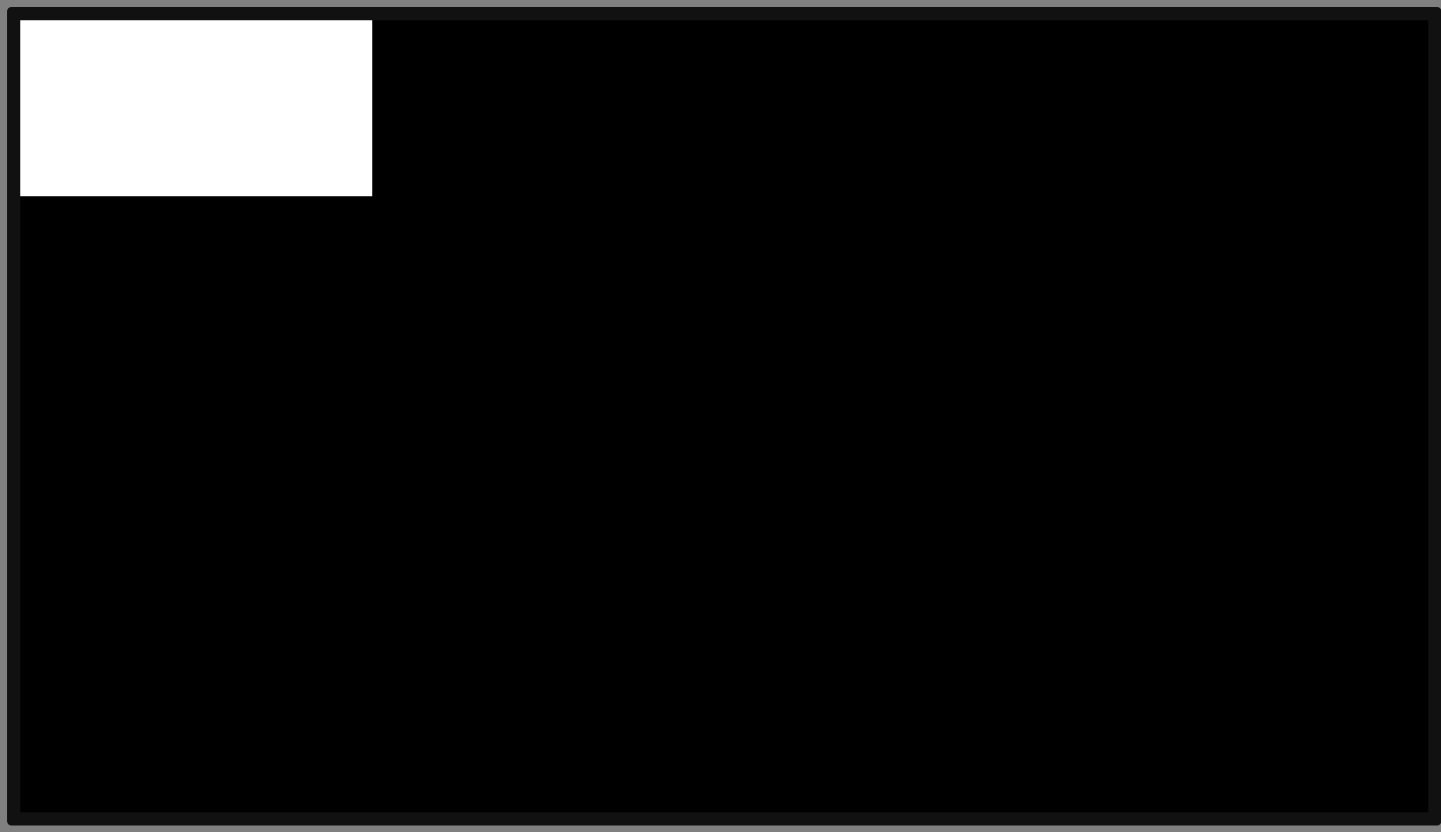
Repository: By698/dvd-logo
Page: index.html
An editor plug-in stored every save of this project. The page is shown before and after the next save, followed by the edit.
The browser window is 1280 px wide. The page is 1638 px wide, so the pictures cover 1638 px, including what lies to the right of the window. The pictures show the whole page, at 88% of full size.

Above is the page before, as saved 2019-03-26 21:29:24.
Console error: SyntaxError: Invalid or unexpected token

### index.html
<!DOCTYPE html>
<html lang="en">
<head>
    <meta charset="UTF-8">
    <meta name="viewport" content="width=device-width, initial-scale=1.0">
    <meta http-equiv="X-UA-Compatible" content="ie=edge">
    <link rel="stylesheet" href="style.css">
    <title>Document</title>
</head>
<body>
    <main id="background">
        <div id="logo"></div>
    </main>
    <script src="main.js"></script>
</body>
</html>

### style.css
body {
    background: gray;
}

#background {
    background-color: black;
    width: 1600px;
    height: 900px;
    margin: auto;
    border: 15px solid #111111;
    border-radius: 5px;
}

#logo {
    width: 400px;
    height: 200px;
    background-color: white;
    position: relative;
}

### main.js
let velocityX = 100;
let velocityY = 100;
let logoElement = document.getElementById("logo");
let backgroundElement = document.getElementById("background");
console.log(backgroundElement.style);
logoElement.style.top = "10px";
logoElement.style.left = "10px";
logoElement.style.width = "400px";
logoElement.style.height = "200px";
backgroundElement.style.width = "1600px";
backgroundElement.style.height = "900px";
width: 400px;
height: 200px;
let animation = function () {
    let currentY = parseInt(logoElement.style.top);
    let currentX = parseInt(logoElement.style.left);
    let backgroundWidth = parseInt(backgroundElement.style.width);
    let backgroundHeight = parseInt(backgroundElement.style.height);
    console.log(velocityX + "|" + velocityY)
    if (currentY >= backgroundHeight || currentY <= 0) {
        velocityY = -velocityY;
    }
    if (currentX >= backgroundWidth || currentX <= 0) {
        velocityX = -velocityX;
    }
    logoElement.style.top = (currentY + velocityY) + "px";
    logoElement.style.left = (currentX + velocityX) + "px";
}
animation();

var timer = window.setInterval(animation, 1000);

After the next save:
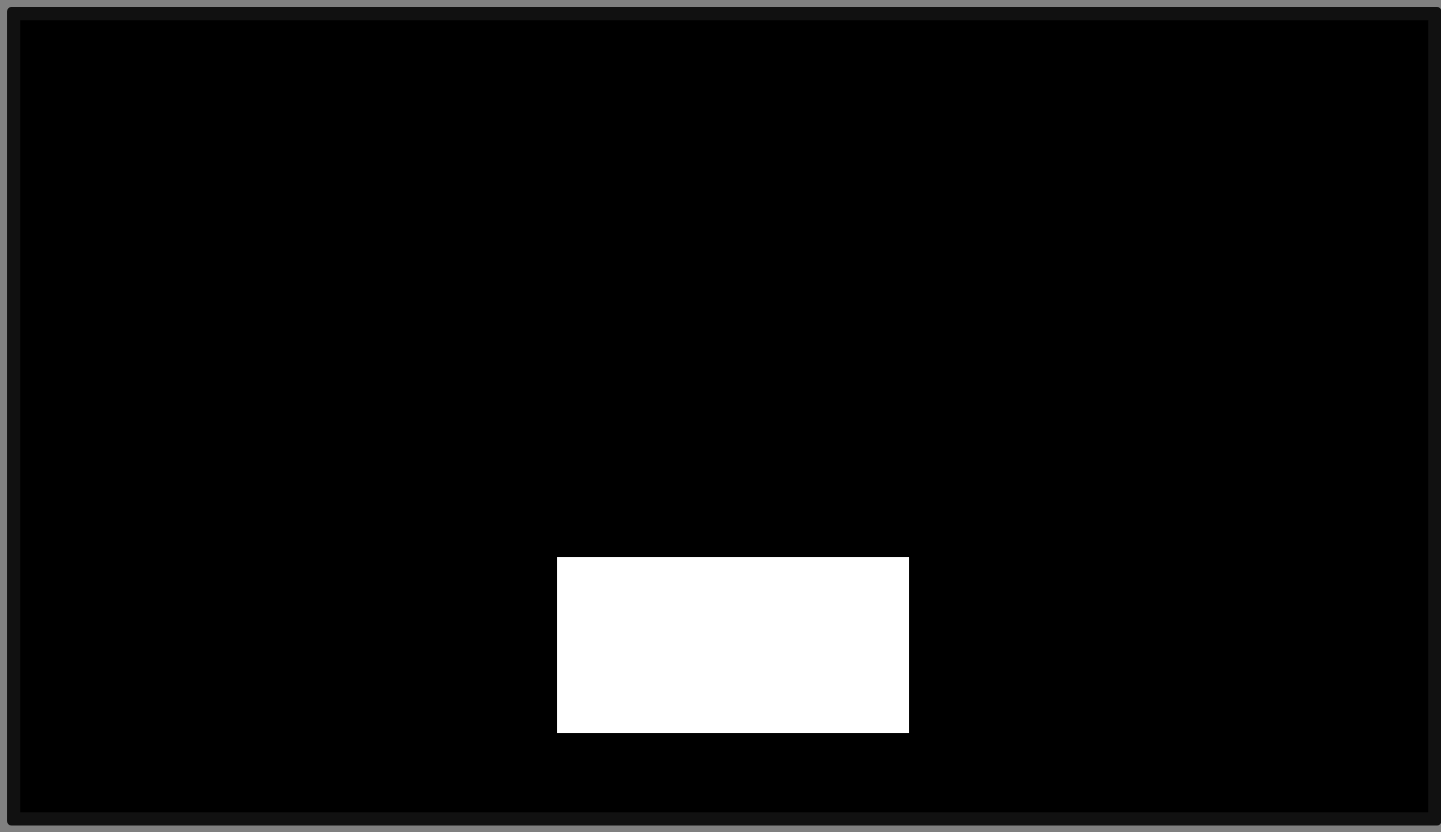
The error is gone.
Saved 4 s later.
--- a/main.js
+++ b/main.js
@@ -9,8 +9,6 @@
 logoElement.style.height = "200px";
 backgroundElement.style.width = "1600px";
 backgroundElement.style.height = "900px";
-width: 400px;
-height: 200px;
 let animation = function () {
     let currentY = parseInt(logoElement.style.top);
     let currentX = parseInt(logoElement.style.left);
